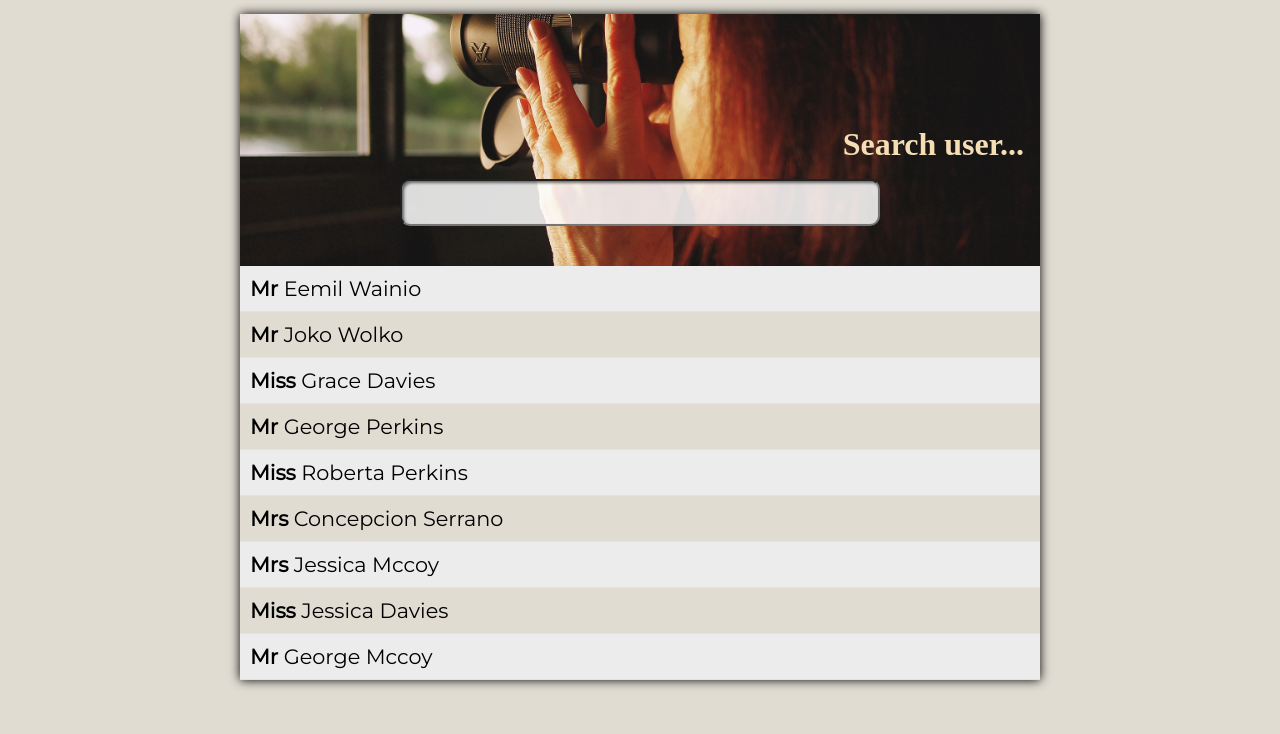
Repository: KrzysKolo/sr_tydzien5_zad4
Page: /
These files come from the project's save history. The page is drawn as it stood at one moment and after the next save; the edit follows.
The browser window is 1280 px wide. The pictures show the whole page.
The project was rebuilt for these pictures with package versions that can differ from the ones it lists, and the page was loaded fresh each time.

Above is the page before, as saved 2021-01-03 06:01:58.

### public/index.html
<!DOCTYPE html>
<html lang="en">
  <head>
    <meta charset="utf-8" />
    <link rel="icon" href="%PUBLIC_URL%/favicon.ico" />
    <meta name="viewport" content="width=device-width, initial-scale=1" />
    <meta name="theme-color" content="#000000" />
    <meta
      name="description"
      content="Web site created using create-react-app"
    />
    <link rel="apple-touch-icon" href="%PUBLIC_URL%/logo192.png" />
    <!--
      manifest.json provides metadata used when your web app is installed on a
      user's mobile device or desktop. See https://developers.google.com/web/fundamentals/web-app-manifest/
    -->
    <link rel="manifest" href="%PUBLIC_URL%/manifest.json" />
    <!--
      Notice the use of %PUBLIC_URL% in the tags above.
      It will be replaced with the URL of the `public` folder during the build.
      Only files inside the `public` folder can be referenced from the HTML.

      Unlike "/favicon.ico" or "favicon.ico", "%PUBLIC_URL%/favicon.ico" will
      work correctly both with client-side routing and a non-root public URL.
      Learn how to configure a non-root public URL by running `npm run build`.
    -->
    <link rel="preconnect" href="https://fonts.gstatic.com">
<link href="https://fonts.googleapis.com/css2?family=Montserrat&display=swap" rel="stylesheet">
    <title>User search</title>
  </head>
  <body>
    <noscript>You need to enable JavaScript to run this app.</noscript>
    <div id="root"></div>
    <!--
      This HTML file is a template.
      If you open it directly in the browser, you will see an empty page.

      You can add webfonts, meta tags, or analytics to this file.
      The build step will place the bundled scripts into the <body> tag.

      To begin the development, run `npm start` or `yarn start`.
      To create a production bundle, use `npm run build` or `yarn build`.
    -->
  </body>
</html>

### src/App.js
import React from 'react';
import UsersContainer from './components/UsersContainer';
import Header from './components/Header';
import './App.css';


const App = () => {

  return (
    <section>
      <Header />
      <UsersContainer/>
    </section>
  )
}

export default App;

### src/components/UsersContainer.js
import React, { useState, useEffect } from 'react';


const UsersContainer = () => {

  const UsersAPI = '/users.json';

  const [ users, setUsers ] = useState([]);

  useEffect(() => {

    fetch(UsersAPI)
      .then(res => res.json())
      .then(data => {
        console.log(data.users);
        setUsers(data.users);
      })
    }, []);

    const user = users.map(user => (
      <li className="user" key={user.id}><b>{user.title}</b> {user.first} {user.last}</li>
    ))
    return (
        <ul>
					{user}
        </ul>
    )
}

export default UsersContainer;

### src/components/Header.js
import React from 'react';

const Header = () => {
    return (
        <div className="header__section">
            <h1 className="header__title">Search user...</h1>
            <div className="header__search-wrapper">
                <input className="header__search" type="text" />
            </div>
        </div>
    )
}

export default Header;

### src/App.css
* {
  box-sizing: border-box;
  padding: 0;
  margin: 0;
}
body {
  height: 100vh;
  width: 100vw;
  background-color: rgba(218, 212, 199, 0.8);
}
section {
  margin: 2vh auto;
  width: 70%;
  max-width: 800px;
  display: flex;
  flex-direction: column;
  box-shadow: 0 0 10px #000;
}
.header__section {
  height: 35vh;
  background-image: url("./images/girl.jpg");
  background-position: center;
  background-size: cover;
  display: flex;
  flex-direction: column;
  justify-content: flex-end;
}
.header__title {
  font-size: 2rem;
  margin: 0 1rem 1rem auto;
  color: wheat;
}
.header__search-wrapper {
  width: 100%;
  margin-bottom: 40px;
  display: flex;
  justify-content: center;
}
.header__search {
  padding: 10px 20px;
  width: 60%;
  border-radius: 10px;
  background-color: rgba(255, 255, 255, 0.85);
  box-shadow: inset 2px 2px 3px 0px rgba(0, 0, 0, 0.55);
  font-size: 20px;
}
.user {
  font-size: 1.3rem;
  font-family: "Montserrat", sans-serif;
  padding: 10px;
  list-style: none;
  border-bottom: 1px solid rgb(226, 226, 226);
}
.user:nth-child(odd) {
  background: #ececec;
}

### public/users.json
{
    "users": [
      {
        "id": 1,
        "title": "Mr",
        "first": "Eemil",
        "last": "Wainio"
       },
      {
        "id": 2,
        "title": "Mr",
        "first": "Joko",
        "last": "Wolko"
      },
      {
        "id": 3,
        "title": "Miss",
        "first": "Grace",
        "last": "Davies"
      },
      {
        "id": 4,
        "title": "Mr ",
        "first": "George ",
        "last": "Perkins"
      },
      {
        "id": 5,
        "title": "Miss",
        "first": "Roberta ",
        "last": "Perkins"
      },
      {
        "id": 6,
        "title": "Mrs ",
        "first": "Concepcion ",
        "last": "Serrano"
      },
      {
        "id": 7,
        "title": "Mrs ",
        "first": "Jessica ",
        "last": "Mccoy"
      },
      {
        "id": 8,
        "title": "Miss",
        "first": "Jessica",
        "last": "Davies"
      },
      {
        "id": 9,
        "title": "Mr",
        "first": "George",
        "last": "Mccoy"
      }
    ]
  }

Loaded but not shown: src/index.js (common file)

After the next save:
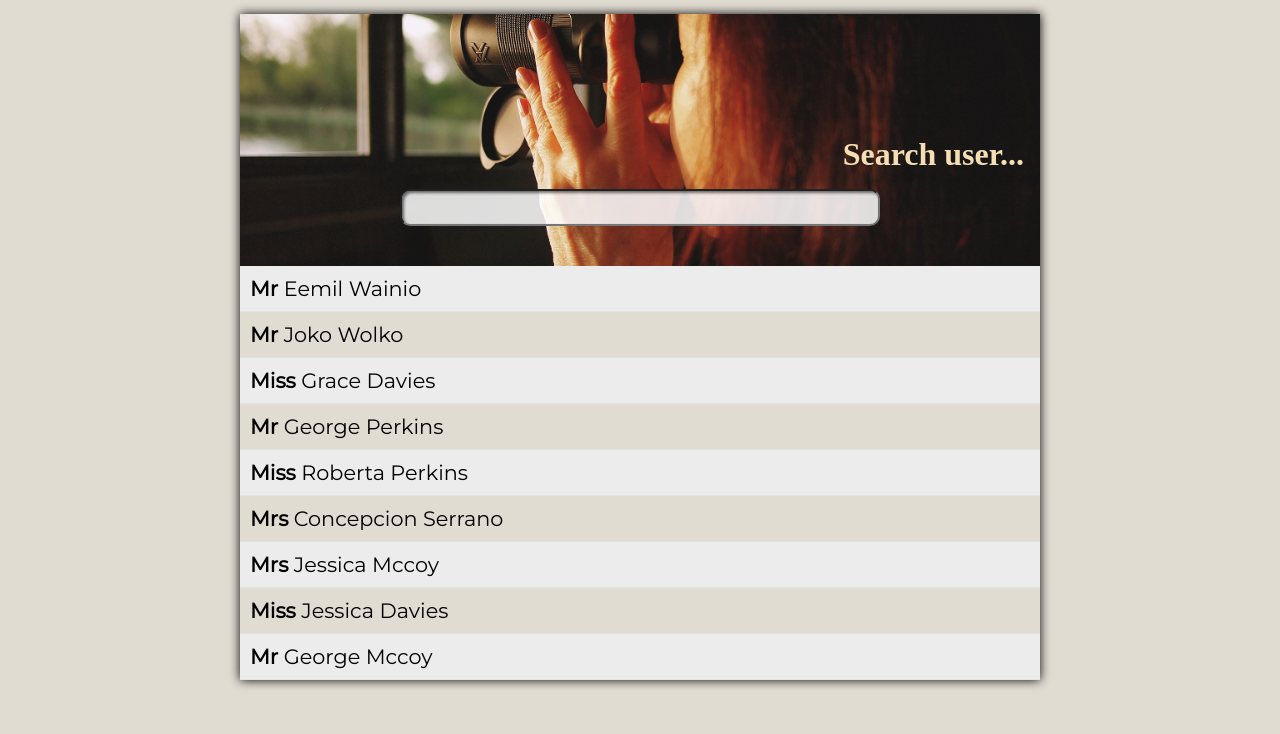
Saved 52 s later.
--- a/src/App.css
+++ b/src/App.css
@@ -37,7 +37,7 @@
   justify-content: center;
 }
 .header__search {
-  padding: 10px 20px;
+  padding: 5px 10px;
   width: 60%;
   border-radius: 10px;
   background-color: rgba(255, 255, 255, 0.85);

After the save that followed:
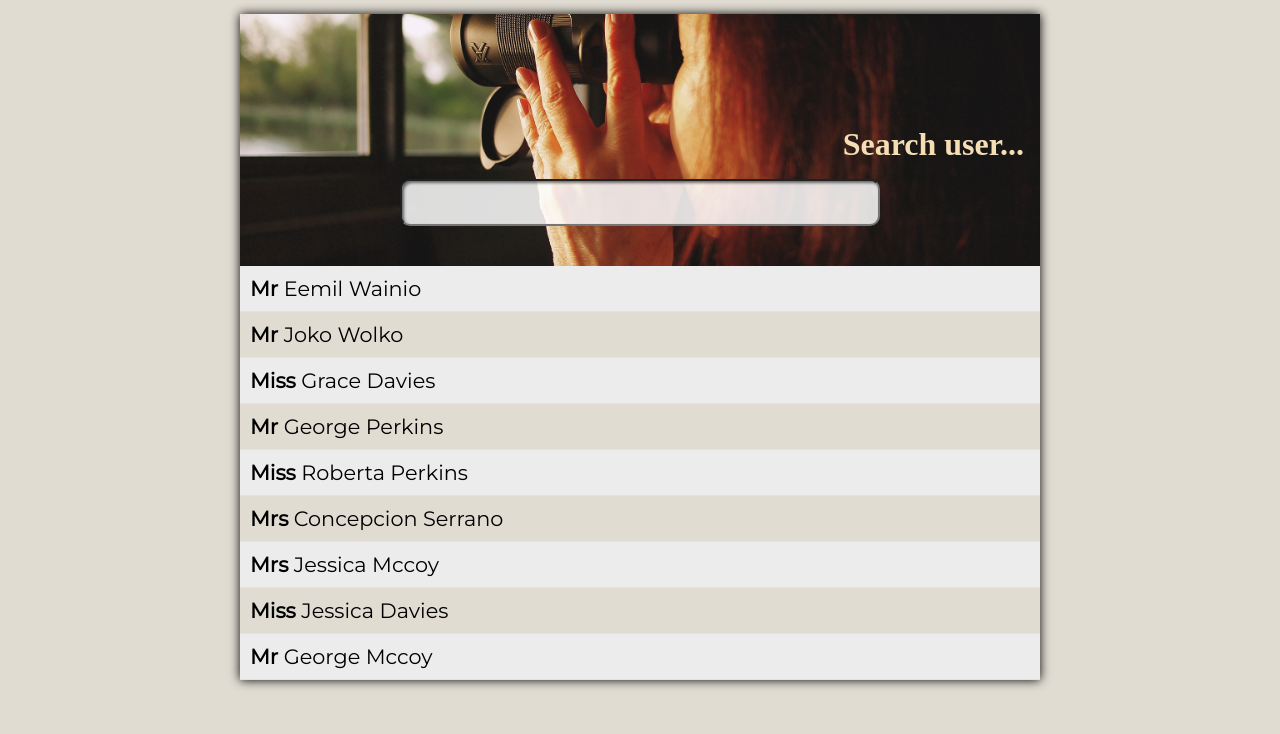
Saved 18 s later.
--- a/src/App.css
+++ b/src/App.css
@@ -37,7 +37,7 @@
   justify-content: center;
 }
 .header__search {
-  padding: 5px 10px;
+  padding: 10px 10px;
   width: 60%;
   border-radius: 10px;
   background-color: rgba(255, 255, 255, 0.85);
